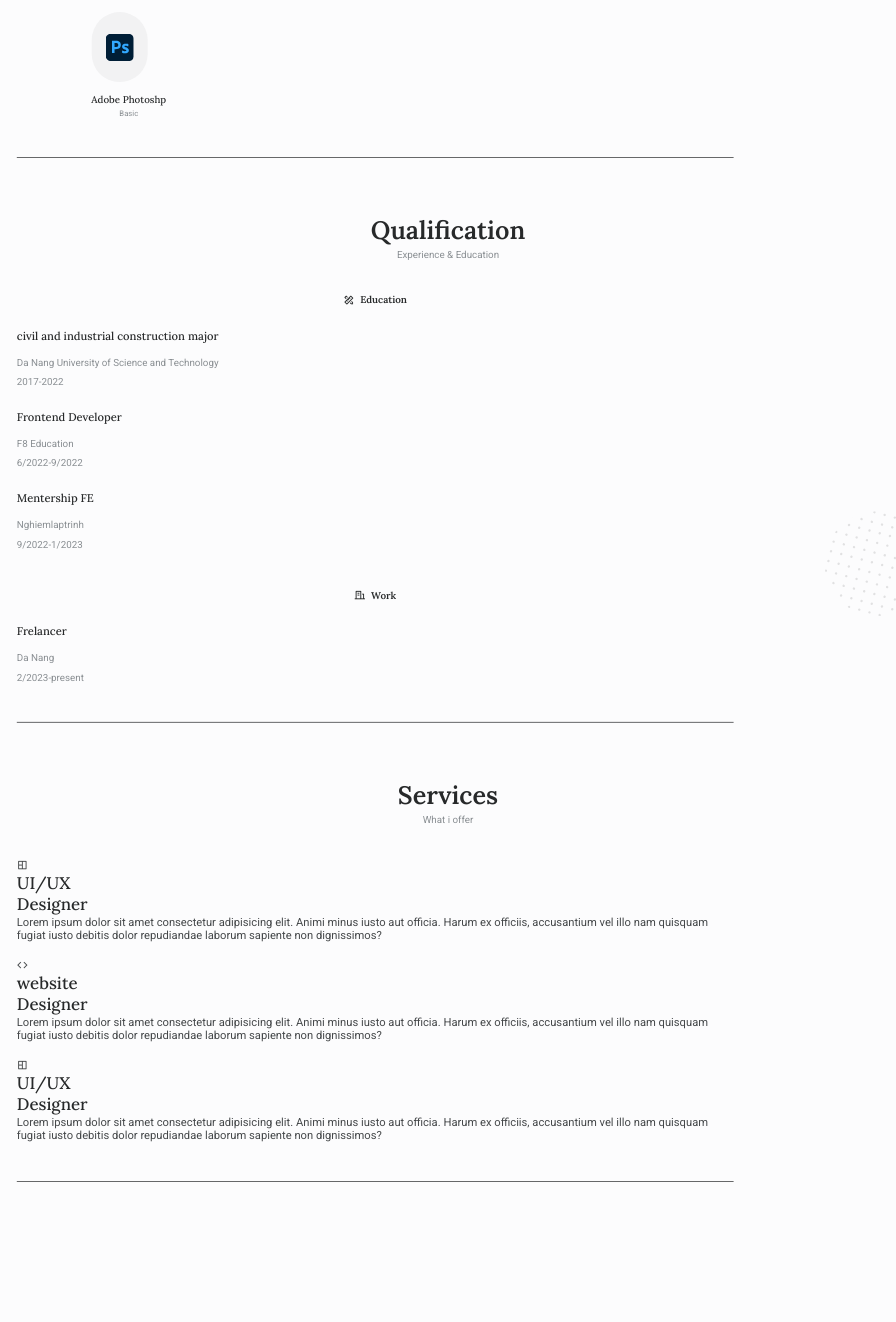
Repository: hnguyeng/myportfoliohongnguyen
Page: index.html
An editor plug-in stored every save of this project. The page is shown before and after the next save, followed by the edit.
The browser window is 1280 px wide. The pictures show the part of the page from y = 2936 to 4856 px (the page is 4824 px tall before and 4856 px after), at 70% of full size.
Some web libraries are served in a nearby version.

Above is the page before, as saved 2023-07-19 22:15:25.

After the next save:
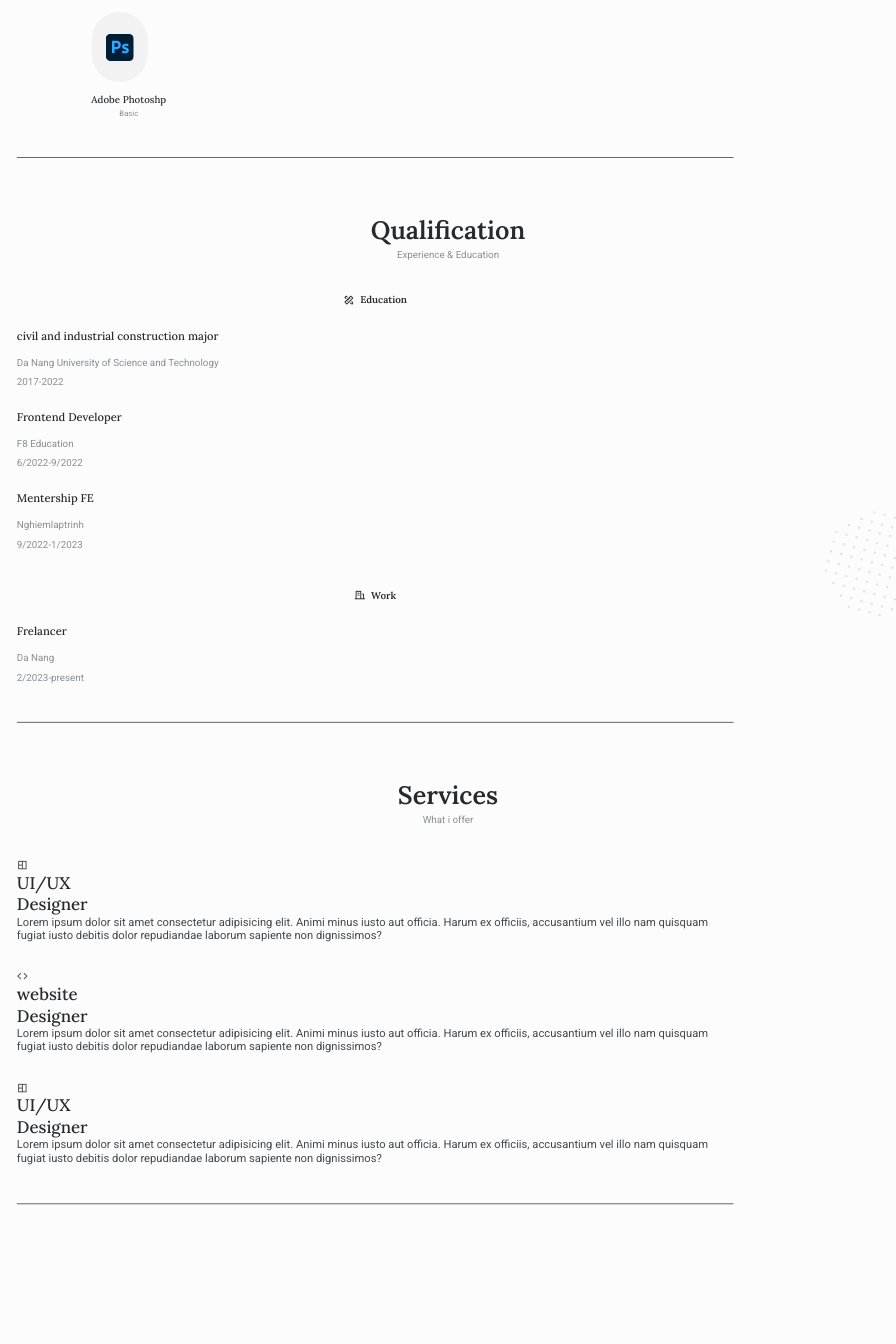
Saved 98 s later.
--- a/assets/css/style.css
+++ b/assets/css/style.css
@@ -396,3 +396,8 @@ img{
     transform: rotate(15deg);
     opacity: .1;
 }
+/* ====================SERVICES================== */
+.services__container{
+    row-gap:2.5rem ;
+    justify-content: center;
+}
